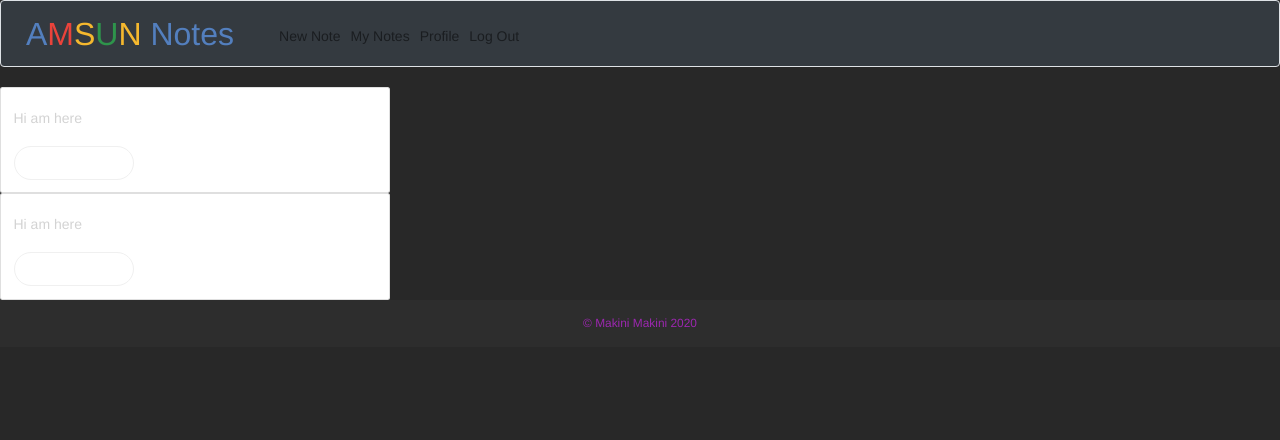
Repository: MakiniMakini/AMSUN-NOTES
Page: http://localhost/my_notes
These files come from the project's save history. The page is drawn as it stood at one moment and after the next save; the edit follows.
The browser window is 1280 px wide. The pictures show the whole page.
Some web fonts or font styles are not loaded; a fallback is used. The page is served by the project's application, run on Flask 3 (application.py). The session is filled in as if someone had signed in: {"user_id": 1}. The page reads the database file committed with the project.

Above is the page before, as saved 2020-12-20 17:08:30.

After the next save:
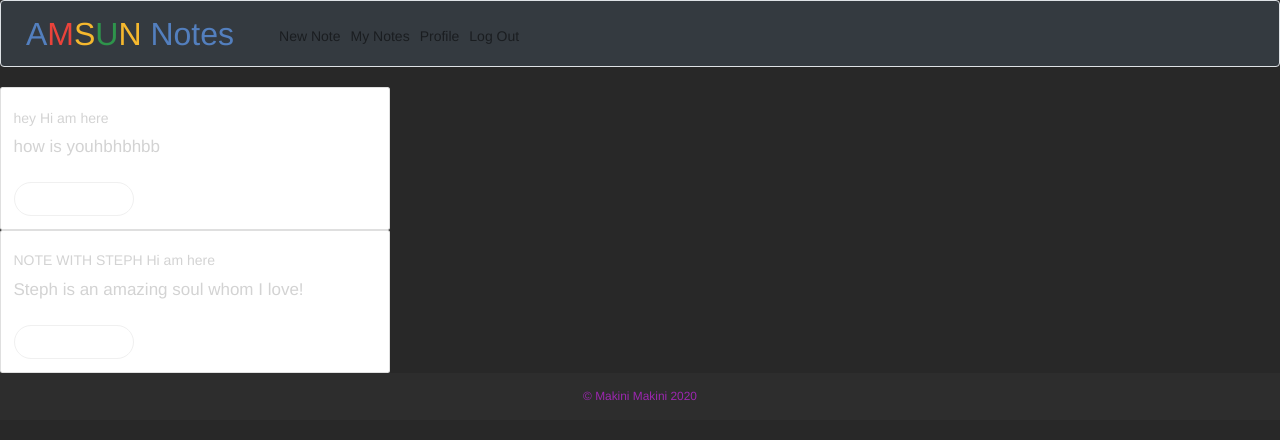
Saved 3 min 1 s later.
--- a/templates/my_notes.html
+++ b/templates/my_notes.html
@@ -10,8 +10,8 @@
 <div class="card" style="width: 39rem;">
     <div class="card-body">
 
-      <h5 class="card-title">{{item.title}} Hi am here</h5>
-      <p class="card-text">{{item.notes}}</p>
+      <h5 class="card-title">{{item[0]}} Hi am here</h5>
+      <p class="card-text">{{item[1]}}</p>
       <a href="#" class="btn btn-primary">Go somewhere</a>
 
     </div>
